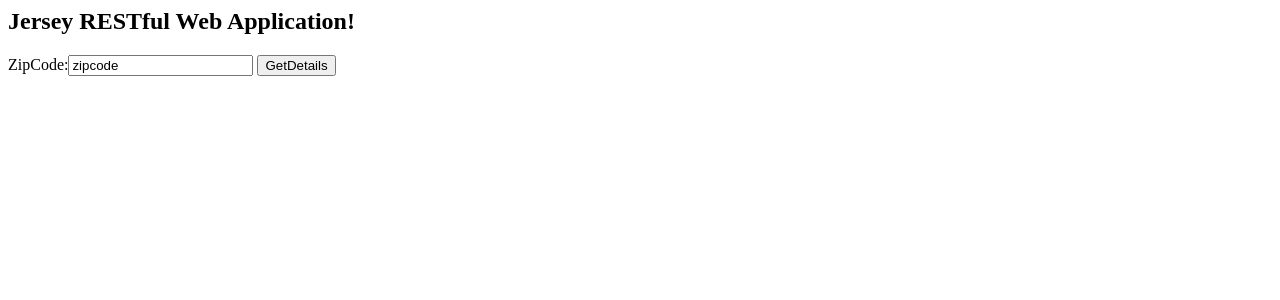
Repository: Vidhya2796/ATPTrainingFoldersJEECloud
Page: http://localhost/zipcode/
An editor plug-in stored every save of this project. The page is shown before and after the next save, followed by the edit.
The browser window is 1280 px wide. The pictures show the whole page.
The page is served by Tomcat 9. Other server files are loaded and not shown.

Above is the page before, as saved 2018-12-20 06:59:23.

### SpringREST/zipcode/src/main/webapp/index.jsp
<html>
<body>
    <h2>Jersey RESTful Web Application!</h2>
    <!-- <p><a href="webapi/myresource">Jersey resource</a>
    <p>Visit <a href="http://jersey.java.net">Project Jersey website</a>
    for more information on Jersey! -->

    <form action="webapi/zipcode">
    ZipCode:<input type="text" value="zipcode">
    <input type="submit" value="GetDetails">
    </form>

</body>
</html>

After the next save:
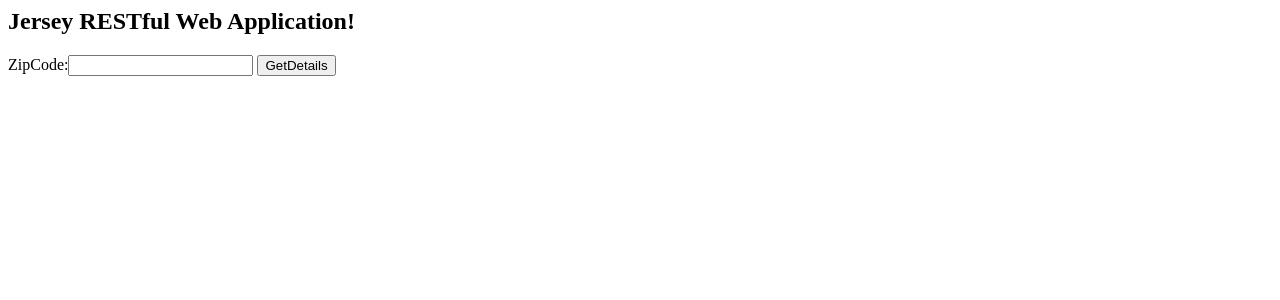
Saved 58 s later.
--- a/SpringREST/zipcode/src/main/webapp/index.jsp
+++ b/SpringREST/zipcode/src/main/webapp/index.jsp
@@ -6,7 +6,7 @@
     for more information on Jersey! -->
 
     <form action="webapi/zipcode">
-    ZipCode:<input type="text" value="zipcode">
+    ZipCode:<input type="text" name="zipcode">
     <input type="submit" value="GetDetails">
     </form>
 
